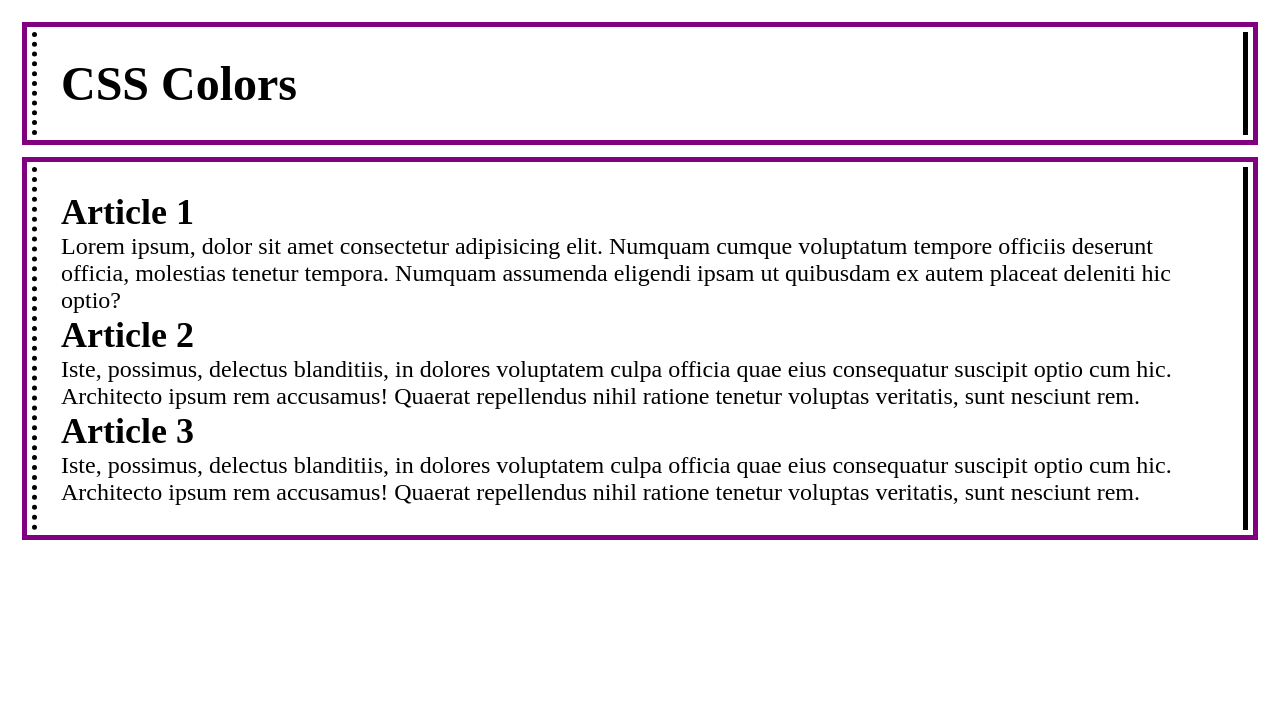
Repository: madhurik9999/Css
Page: index.html
These files come from the project's save history. The page is drawn as it stood at one moment and after the next save; the edit follows.
The browser window is 1280 px wide. The pictures show the whole page.

Above is the page before, as saved 2023-12-09 12:25:03.

After the next save:
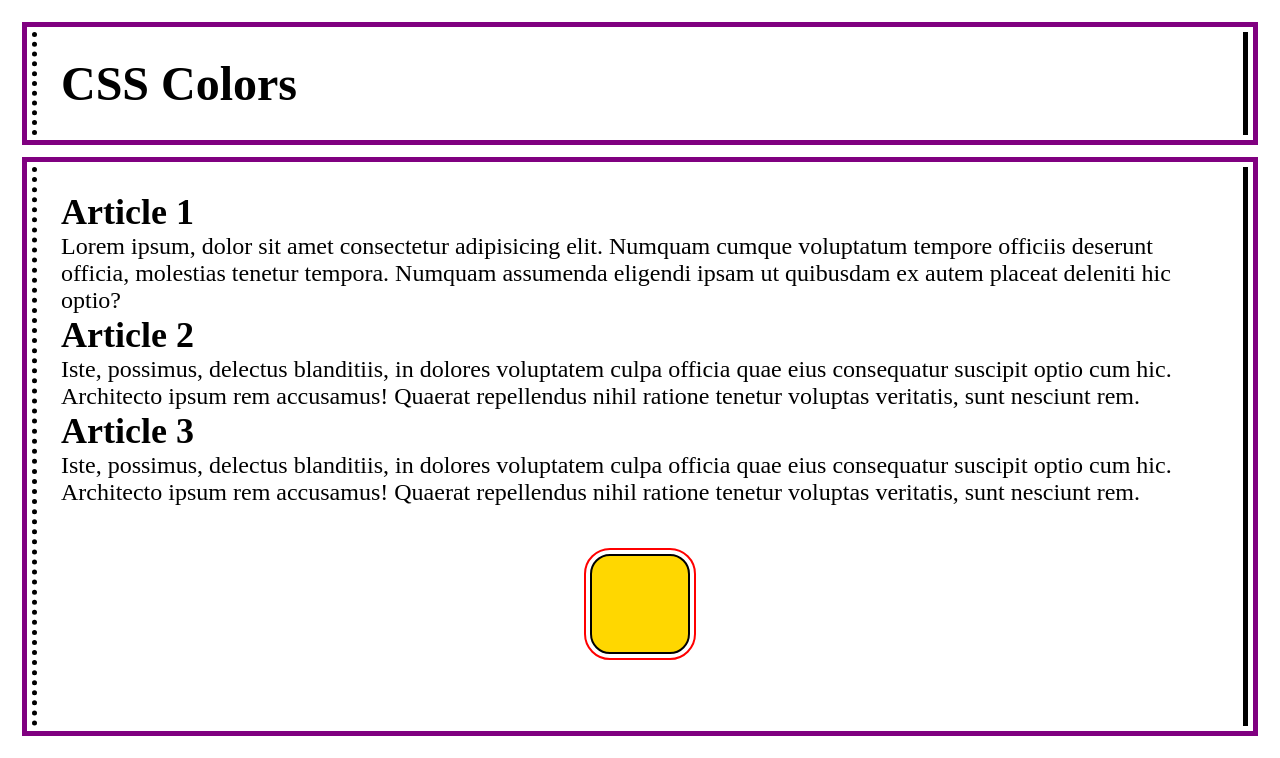
Saved 3 min 5 s later.
--- a/styles/style.css
+++ b/styles/style.css
@@ -115,3 +115,14 @@ h1 {
     outline: 5px solid purple;
     outline-offset: 5px;
 }
+
+.circle {
+    margin: 3rem auto;
+    background-color: gold;
+    width: 100px;
+    height: 100px;
+    border: 2px solid #000;
+    border-radius: 20px;
+    outline: 2px solid red;
+    outline-offset: 0.25rem;
+}
